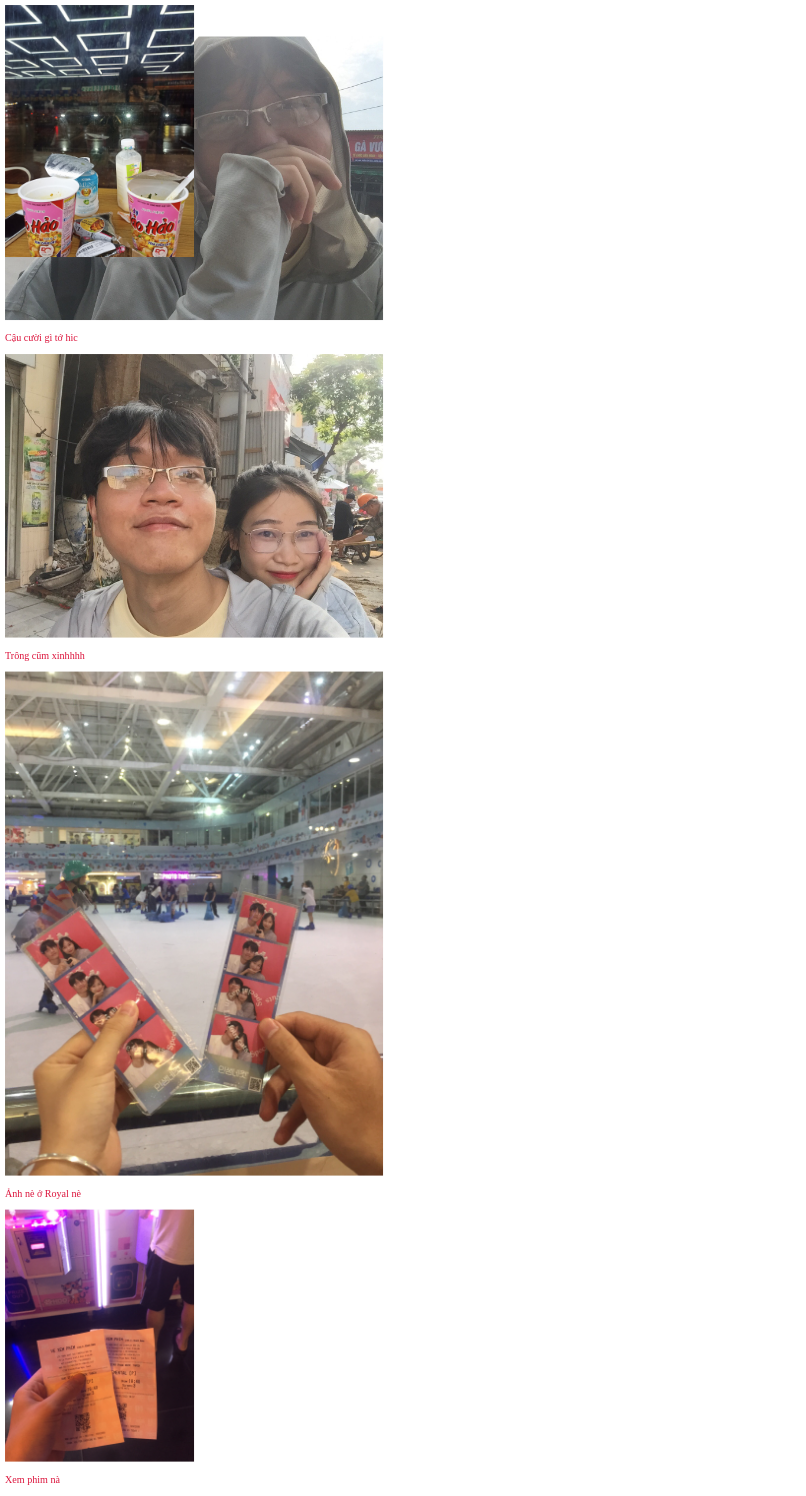
Repository: Hanhanh06/0907
Page: code/0908.html
An editor plug-in stored every save of this project. The page is shown before and after the next save, followed by the edit.
The browser window is 1280 px wide. The pictures show the whole page, at 63% of full size.

Above is the page before, as saved 2023-08-09 21:43:55.

After the next save:
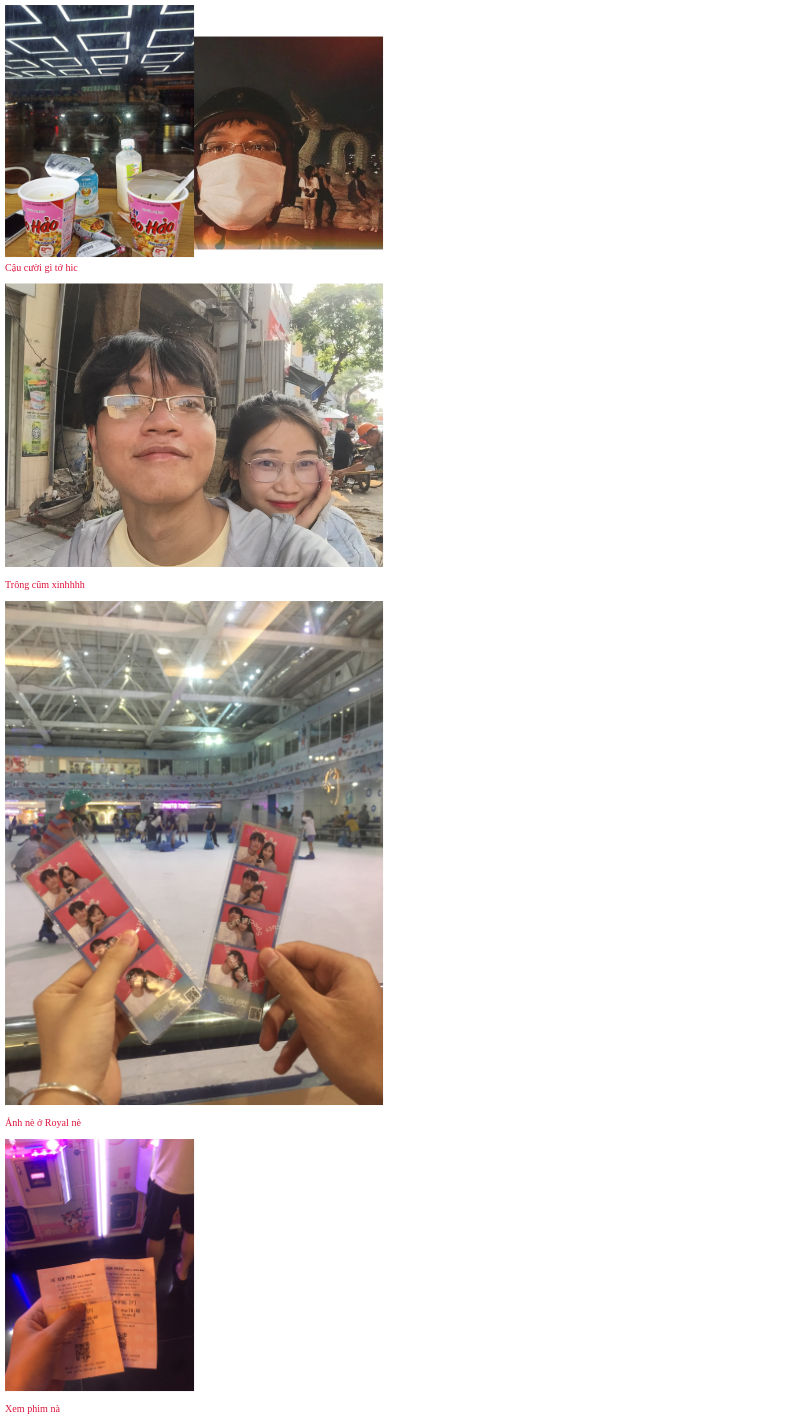
Saved 80 s later.
--- a/code/0908.html
+++ b/code/0908.html
@@ -33,7 +33,7 @@
 
        <div id="div1"> <img src="01.jpg" alt="Hình ảnh không tồn tại" width="300px"> </div>
 
-       <img src="98.jpg" alt="Hình ảnh không tồn tại" width="600px">
+       <img src="001.jpg" alt="Hình ảnh không tồn tại" width="600px">
        <p style="color: crimson;font-size: 16px;"> Cậu cười gì tớ hic </p>
        <img src="97.jpg" alt="Hình ảnh không tồn tại" width="600px">
        <p style="color: crimson;font-size: 16px;"> Trông cũm xinhhhh </p>
